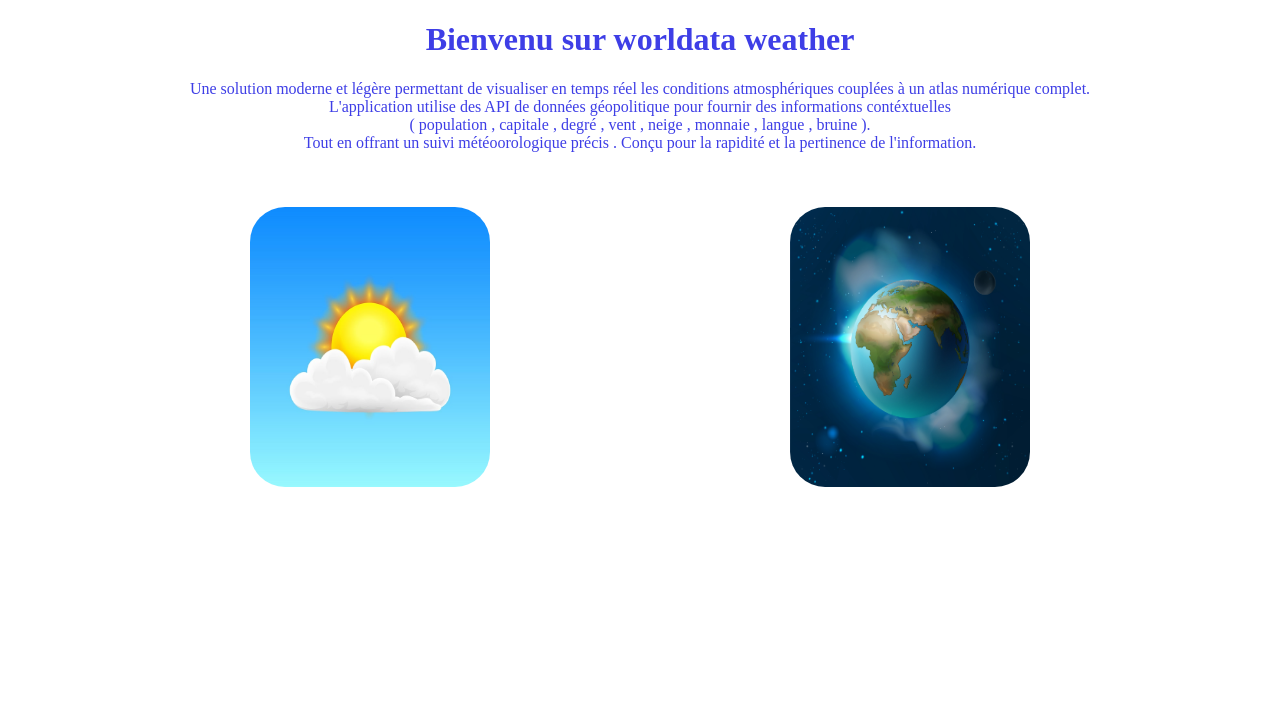
Repository: assanendao171/meteo
Page: index.html
The author's editor kept a copy of each file at every save. The page is drawn from the files as they stood at one save, then again after a run of saves.
The browser window is 1280 px wide. The pictures show the whole page.

Above is the page before, as saved 2026-03-18 17:00:59.

After the next 2 saves:
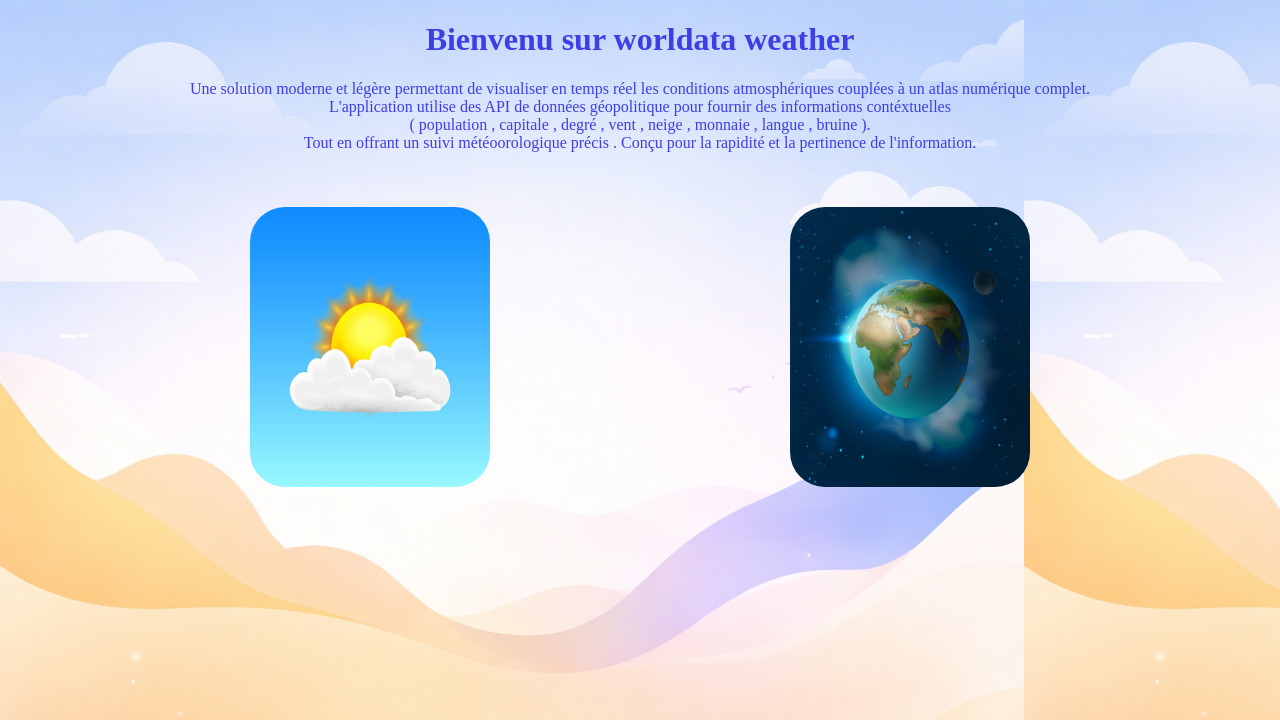
The 2 saves are shown as one change because they came seconds apart.
The last was saved 38 s later.
--- a/style.css
+++ b/style.css
@@ -1,5 +1,5 @@
 body{
-    background-image: url("");
+    background-image: url("fondacceuil.png");
 }
 img{
     width: 240px;
